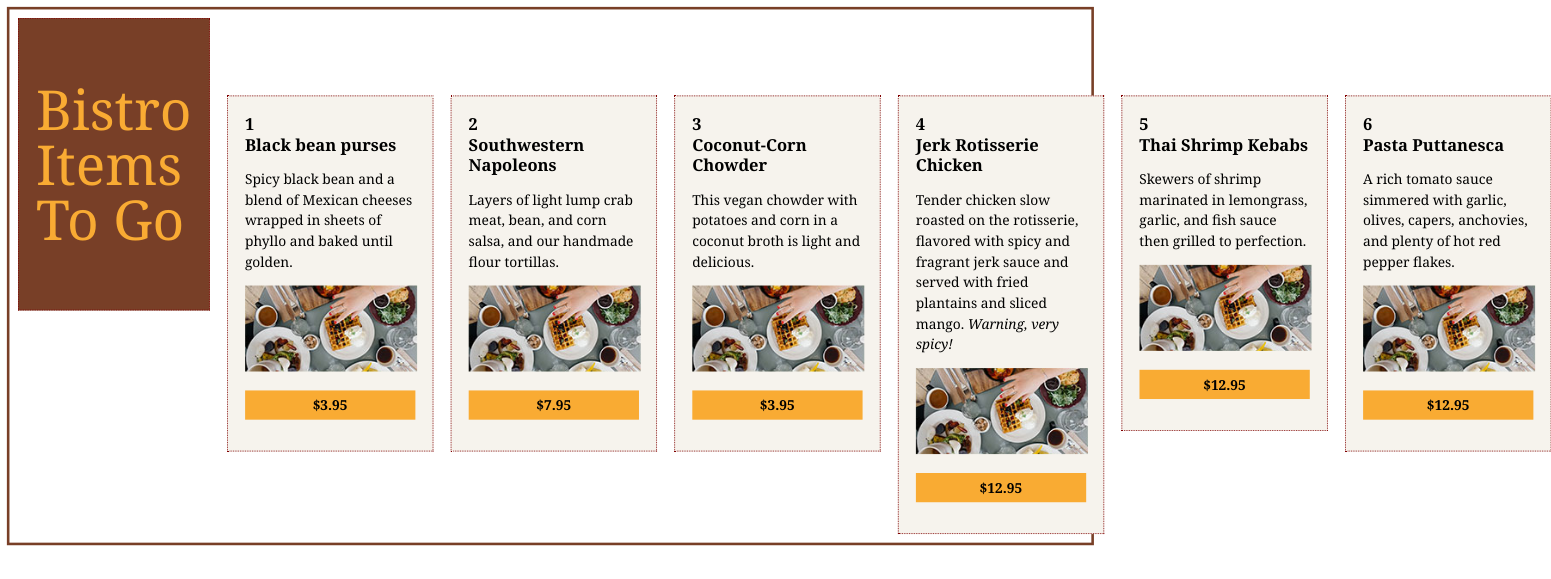
Repository: Colo-Codes/code-practice
Page: 02-css-practice-6.html
An editor plug-in stored every save of this project. The page is shown before and after the next save, followed by the edit.
The browser window is 1280 px wide. The page is 1804 px wide, so the pictures cover 1804 px, including what lies to the right of the window. The pictures show the whole page, at 86% of full size.

Above is the page before, as saved 2021-05-13 11:01:38.

### 02-css-practice-6.html
<!doctype html>
<html>

<head>
  <meta charset="UTF-8">
  <title>Flexbox Product Listing Exercise</title>

  <style>
    html {
      box-sizing: border-box;
    }

    *,
    *:before,
    *:after {
      box-sizing: inherit;
    }

    body {
      font-family: Georgia, serif;
      line-height: 1.5em;
    }

    h1 {
      font-size: 4em;
      font-weight: normal;
    }

    h2 {
      font-size: 1.2em;
      margin-top: 0;
    }

    #menu {
      border: 3px solid #783F27;
      display: flex;
      flex-direction: row;
      align-items:baseline;
    }

    section {
      background: #F6F3ED;
      margin: 10px;
      padding: 20px;
      border: 1px dotted maroon;
      width: 240px;
    }

    .title {
      background-color: #783F27;
      color: #F9AB33;
      line-height: 4em;
    }

    .price {
      font-weight: bold;
      background: #F9AB33;
      padding: 5px;
      width: 100%;
      text-align: center;
    }
  </style>

</head>

<body>
  <div id="menu">
    <section class="title">
      <h1>Bistro Items To Go</h1>
    </section>

    <section class="dish">
      <h2>1<br>Black bean purses</h2>
      <p class="info">Spicy black bean and a blend of Mexican cheeses wrapped in sheets of phyllo and baked until
        golden.</p>
      <p class="photo"><img src="./assets/img/table.jpg" alt=""></p>
      <p class="price">$3.95</p>
    </section>

    <section class="dish">
      <h2>2<br>Southwestern Napoleons</h2>
      <p class="info">Layers of light lump crab meat, bean, and corn salsa, and our handmade flour tortillas.</p>
      <p class="photo"><img src="./assets/img/table.jpg" alt=""></p>
      <p class="price">$7.95</p>
    </section>

    <section class="dish">
      <h2>3<br>Coconut-Corn Chowder</h2>
      <p class="info">This vegan chowder with potatoes and corn in a coconut broth is light and delicious.</p>
      <p class="photo"><img src="./assets/img/table.jpg" alt=""></p>
      <p class="price">$3.95</p>
    </section>

    <section class="dish">
      <h2>4<br>Jerk Rotisserie Chicken</h2>
      <p class="info">Tender chicken slow roasted on the rotisserie, flavored with spicy and fragrant jerk sauce and
        served with fried plantains and sliced mango. <em>Warning, very spicy!</em></p>
      <p class="photo"><img src="./assets/img/table.jpg" alt=""></p>
      <p class="price">$12.95</p>
    </section>

    <section class="dish">
      <h2>5<br>Thai Shrimp Kebabs</h2>
      <p class="info">Skewers of shrimp marinated in lemongrass, garlic, and fish sauce then grilled to perfection.</p>
      <p class="photo"><img src="./assets/img/table.jpg" alt=""></p>
      <p class="price">$12.95</p>
    </section>

    <section class="dish">
      <h2>6<br>Pasta Puttanesca</h2>
      <p class="info">A rich tomato sauce simmered with garlic, olives, capers, anchovies, and plenty of hot red pepper
        flakes.</p>
      <p class="photo"><img src="./assets/img/table.jpg" width="200" height="100" alt=""></p>
      <p class="price">$12.95</p>
    </section>


  </div>

</body>

</html>

After the next save:
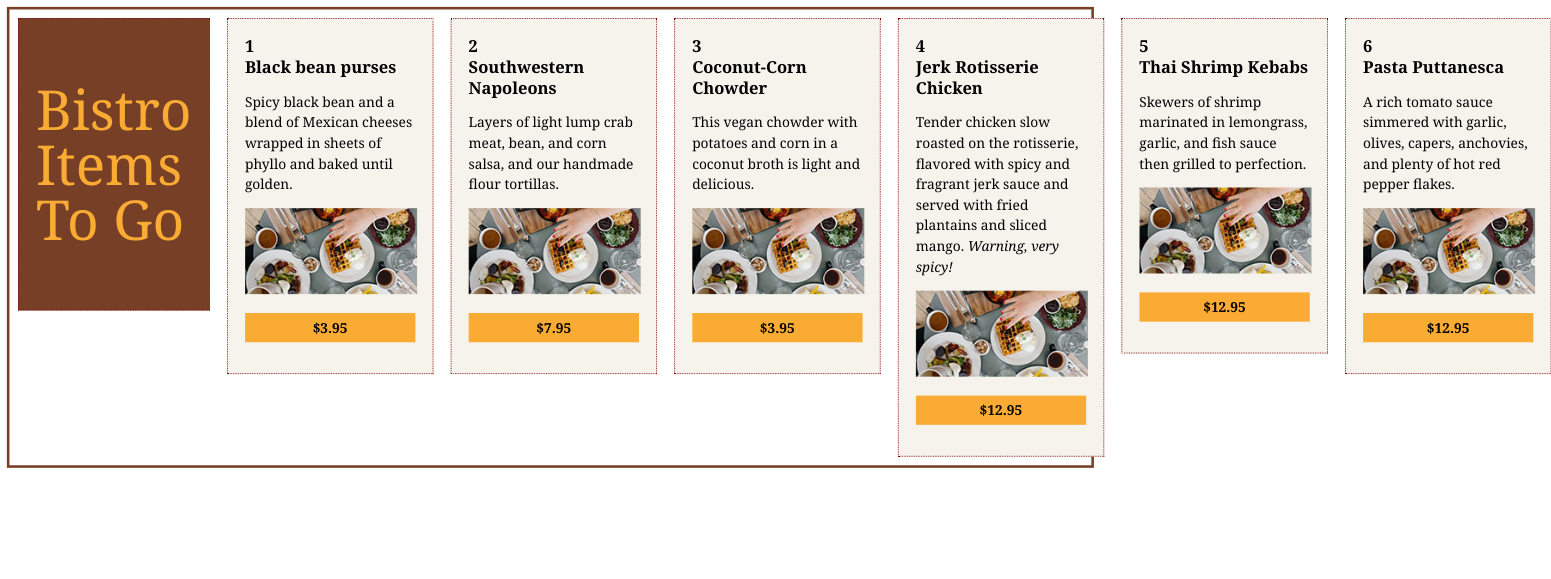
Saved 20 s later.
--- a/02-css-practice-6.html
+++ b/02-css-practice-6.html
@@ -35,7 +35,7 @@
       border: 3px solid #783F27;
       display: flex;
       flex-direction: row;
-      align-items:baseline;
+      align-items:flex-start;
     }
 
     section {
